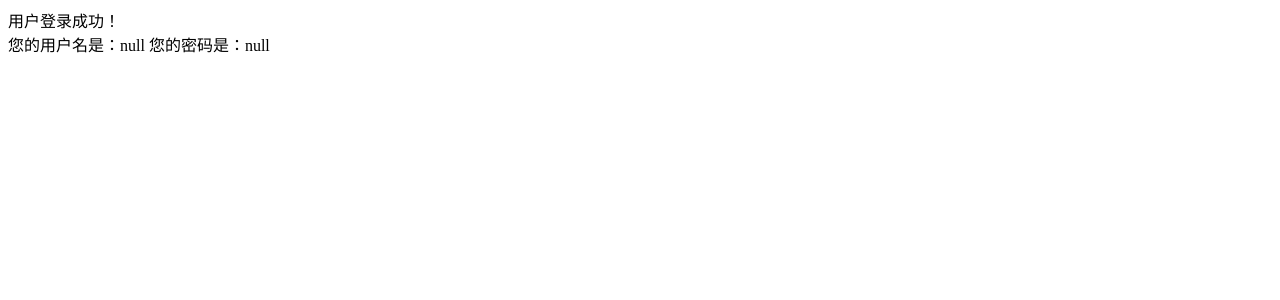
Repository: Fuhai-Chen/javaweb
Page: http://localhost/Chapter_4_example/session/loginSuccess.jsp
An editor plug-in stored every save of this project. The page is shown before and after the next save, followed by the edit.
The browser window is 1280 px wide. The pictures show the whole page.
The page is served by Tomcat 9.

Above is the page before, as saved 2020-09-27 07:13:37.

### Chapter_4_example/WebRoot/session/loginSuccess.jsp
<%@ page language="java" import="java.util.*" pageEncoding="UTF-8"%>
<%
String path = request.getContextPath();
String basePath = request.getScheme()+"://"+request.getServerName()+":"+request.getServerPort()+path+"/";
%>

<!DOCTYPE HTML PUBLIC "-//W3C//DTD HTML 4.01 Transitional//EN">
<html>
  <head>
    <base href="<%=basePath%>">

    <title>My JSP 'loginSuccess.jsp' starting page</title>

	<meta http-equiv="pragma" content="no-cache">
	<meta http-equiv="cache-control" content="no-cache">
	<meta http-equiv="expires" content="0">
	<meta http-equiv="keywords" content="keyword1,keyword2,keyword3">
	<meta http-equiv="description" content="This is my page">
	<!--
	<link rel="stylesheet" type="text/css" href="styles.css">
	-->

  </head>

  <body color = "pink">
  	<%
  		String username = (String)session.getAttribute("username");
  		String password = (String)session.getAttribute("password");
  		session.setMaxInactiveInterval(5);//设置会话有效期为5秒
  		//session.invalidate();
  		//中断当前的session对象
  	 %>
  	 用户登录成功！<br>
  	 您的用户名是：<%=username %>
  	 您的密码是：<%=password %>
  </body>
</html>

After the next save:
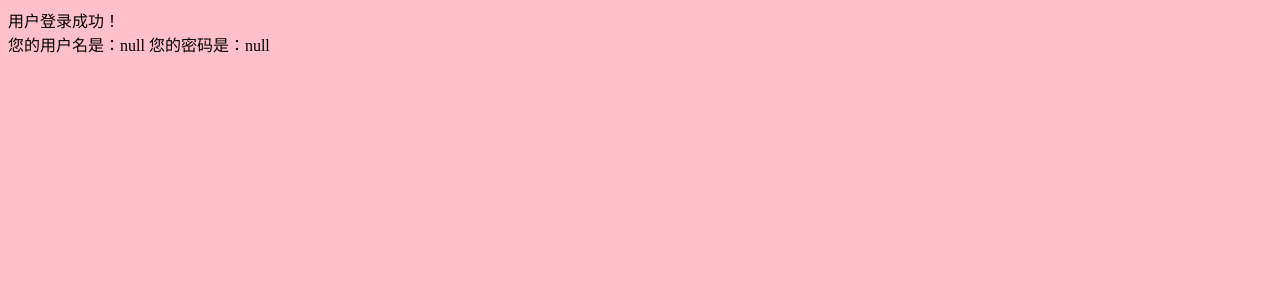
Saved 100 s later.
--- a/Chapter_4_example/WebRoot/session/loginSuccess.jsp
+++ b/Chapter_4_example/WebRoot/session/loginSuccess.jsp
@@ -22,7 +22,7 @@ String basePath = request.getScheme()+"://"+request.getServerName()+":"+request.
 
   </head>
 
-  <body color = "pink">
+  <body bgcolor = "pink">
   	<%
   		String username = (String)session.getAttribute("username");
   		String password = (String)session.getAttribute("password");
